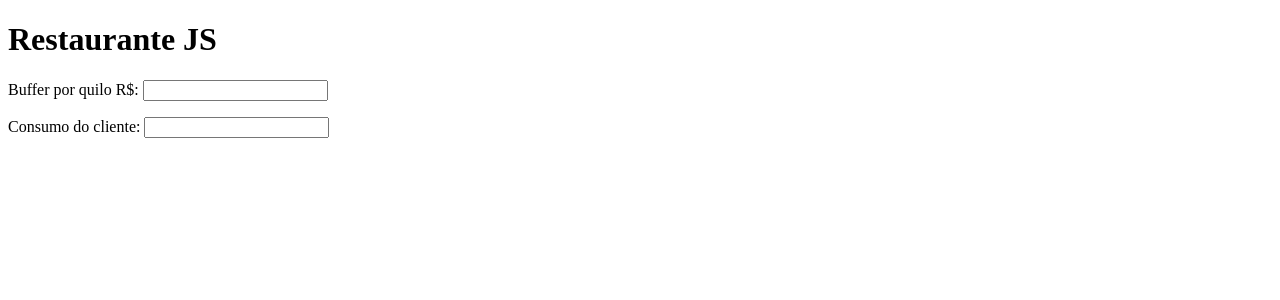
Repository: JhonMercedes/Javascript-book
Page: cap2/ex2_4.html
The author's editor kept a copy of each file at every save. The page is drawn from the files as they stood at one save, then again after the next save.
The browser window is 1280 px wide. The pictures show the whole page.

Above is the page before, as saved 2021-12-04 23:31:54.

After the next save:
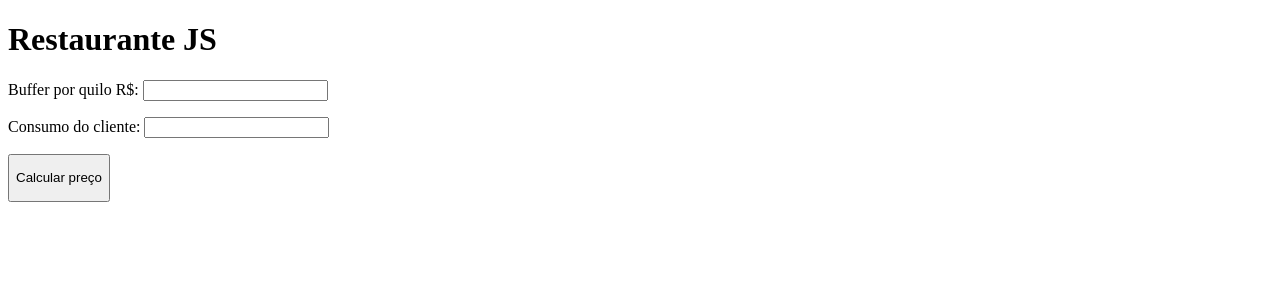
Saved 38 s later.
--- a/cap2/ex2_4.html
+++ b/cap2/ex2_4.html
@@ -14,5 +14,6 @@
     <p>Consumo do cliente:
         <input type="text">
     </p>
+    <button><p>Calcular preço</p></button>
 </body>
 </html>
